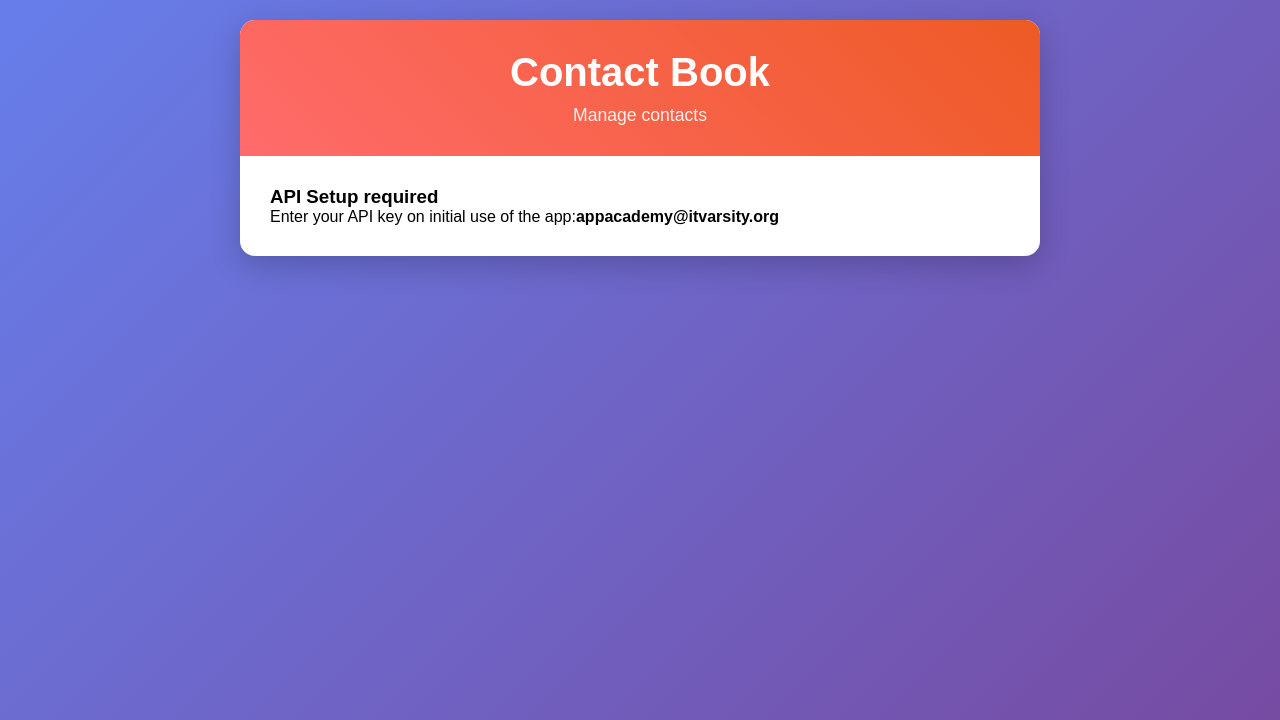
Repository: Mantombi81/Moznana-Contact
Page: index.html
An editor plug-in stored every save of this project. The page is shown before and after the next save, followed by the edit.
The browser window is 1280 px wide. The pictures show the whole page.

Above is the page before, as saved 2025-06-11 21:47:23.

After the next save:
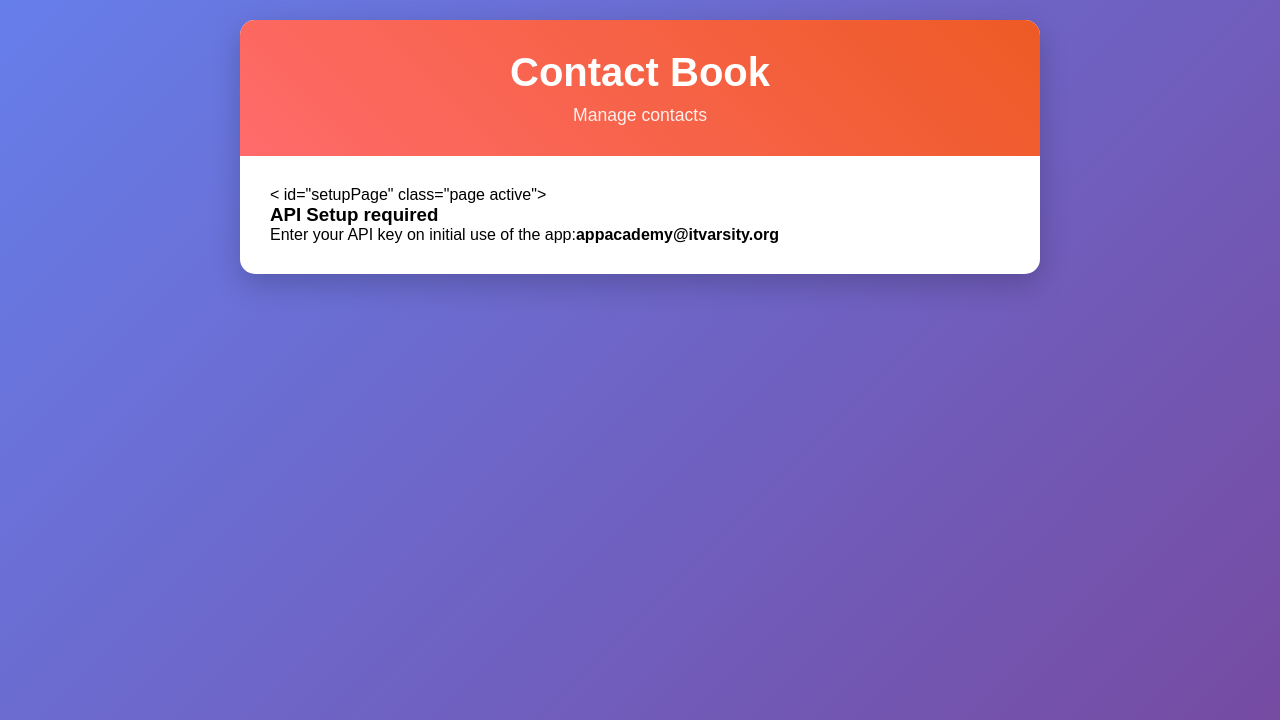
Saved 5 s later.
--- a/index.html
+++ b/index.html
@@ -15,11 +15,13 @@
 
         <div class="content">
             <!-- API set-up page -->
-             <div id="setupPage" class="page active">
+             < id="setupPage" class="page active">
              <div class="api-set-up">
                 <h3>API Setup required</h3>
                 <p>Enter your API key on initial use of the app:<strong>appacademy@itvarsity.org</strong></p>
              </div>
+             <div>
+
              </div>
              </div>
         </div>
